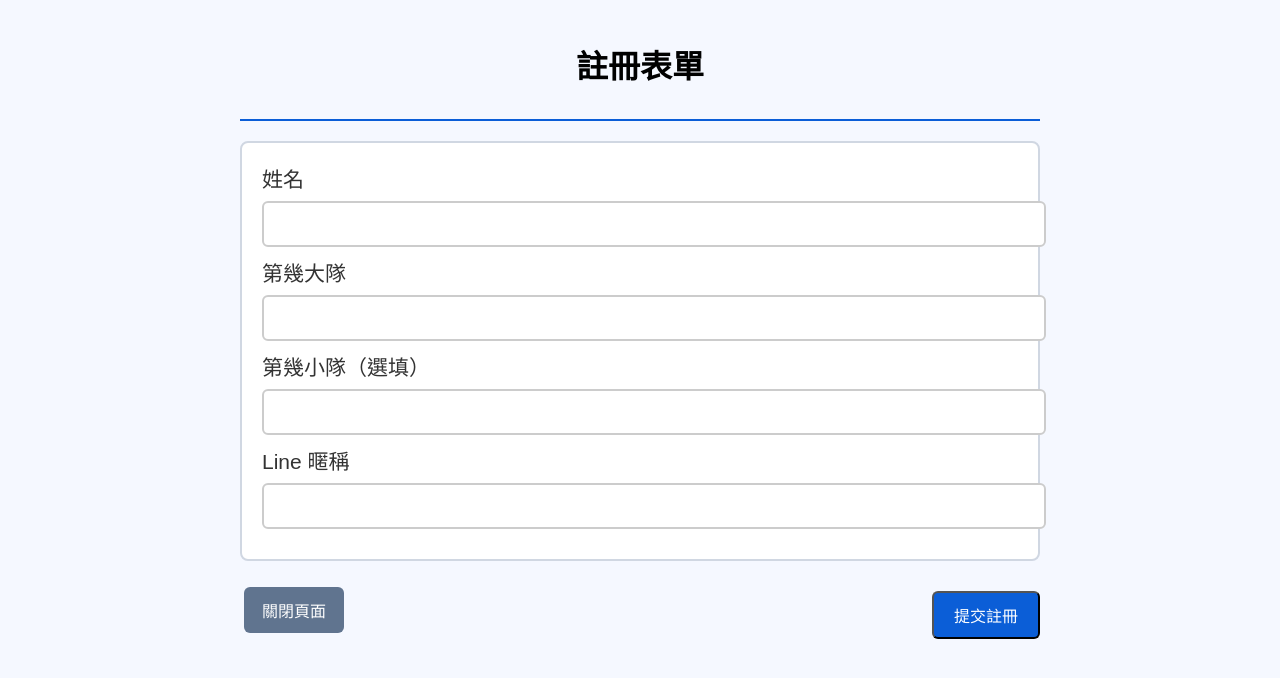
Repository: mommygoose40/register
Page: index.html
An editor plug-in stored every save of this project. The page is shown before and after the next save, followed by the edit.
The browser window is 1280 px wide. The pictures show the whole page.

Above is the page before, as saved 2025-11-11 16:33:08.

After the next save:
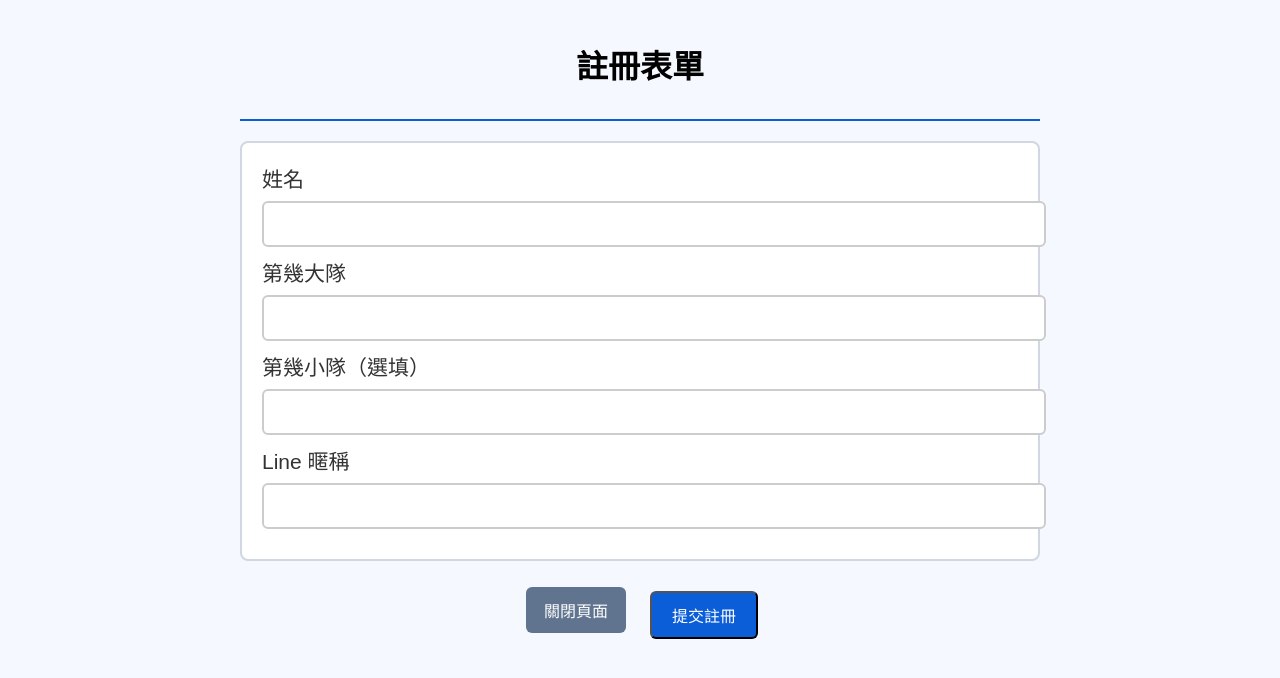
Saved 10 min 25 s later.
--- a/index.html
+++ b/index.html
@@ -58,7 +58,8 @@
     input[type="text"],
     input[type="number"] {
       padding: 12px;
-      width: 100%;  /* 輸入框寬度設為100% */
+      width: 100%;  /* 確保輸入框寬度100% */
+      max-width: 100%;  /* 限制最大寬度 */
       border: 2px solid #ccc;
       border-radius: 6px;
       font-size: 16px;
@@ -78,7 +79,6 @@
       border-radius: 6px;          /* 圓角設計 */
       font-size: 16px;             /* 字體大小較小，與其他元素一致 */
       cursor: pointer;
-      width: auto;                 /* 按鈕寬度自動 */
     }
 
     .ui-btn:active {
@@ -109,8 +109,8 @@
     /* 按鈕區域 */
     .button-group {
       display: flex;
-      justify-content: space-between;
-      gap: 10px;
+      justify-content: center;  /* 置中按鈕 */
+      gap: 20px;
     }
 
   </style>
